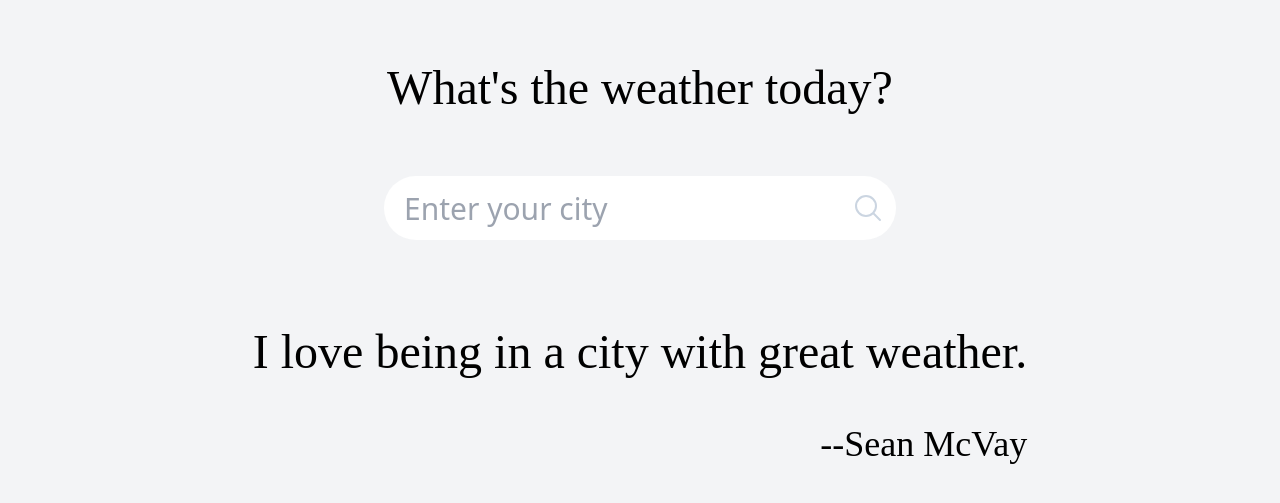
Repository: Tiaanz/Weather-App
Page: /
These files come from the project's save history. The page is drawn as it stood at one moment and after the next save; the edit follows.
The browser window is 1280 px wide. The pictures show the whole page.
The project was rebuilt for these pictures with package versions that can differ from the ones it lists, and the page was loaded fresh each time.

Above is the page before, as saved 2023-03-05 20:49:35.

After the next save:
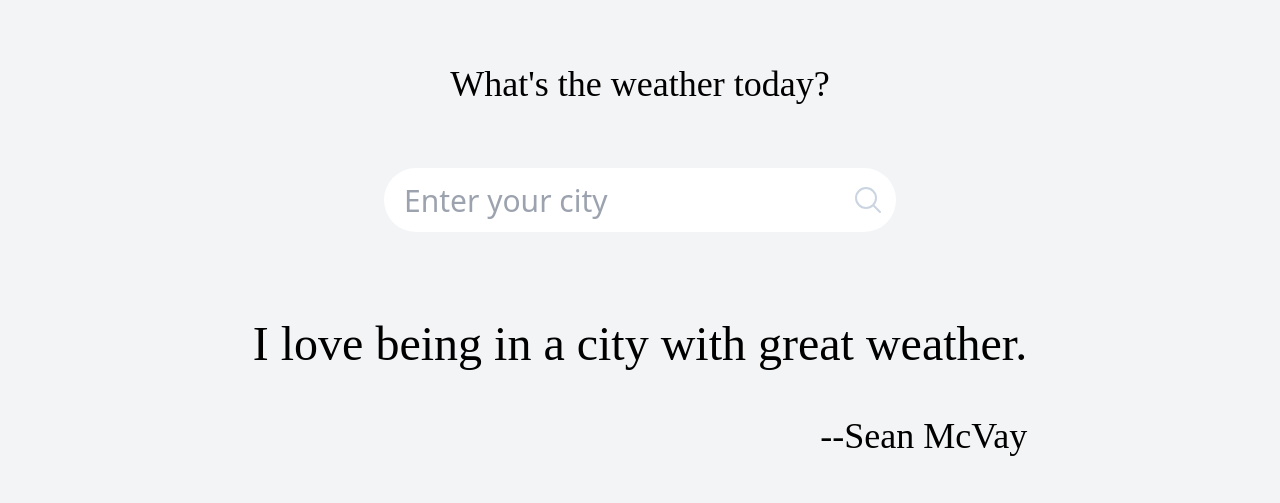
Saved 17 s later.
--- a/src/App.js
+++ b/src/App.js
@@ -65,7 +65,7 @@
   }
   return (
     <div>
-      <h1 className="text-4xl sm:text-5xl my-16 font-header text-center">
+      <h1 className="text-4xl sm:text-4xl my-16 font-header text-center">
         What's the weather today?
       </h1>
       <main className="flex flex-col items-center">
